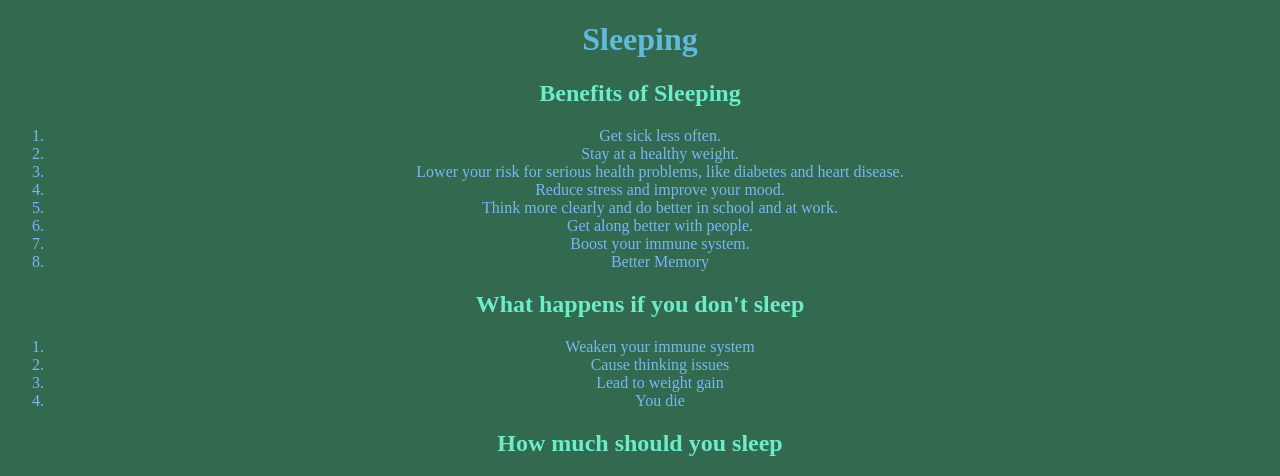
Repository: Darrenyyds/class1
Page: Myhobbies.html
These files come from the project's save history. The page is drawn as it stood at one moment and after the next save; the edit follows.
The browser window is 1280 px wide. The pictures show the part of the page from y = 0 to 476 px (the page is 1126 px tall).
Pictures or frames that could not be fetched are drawn as grey boxes.

Above is the page before, as saved 2023-02-04 15:15:52.

After the next save:
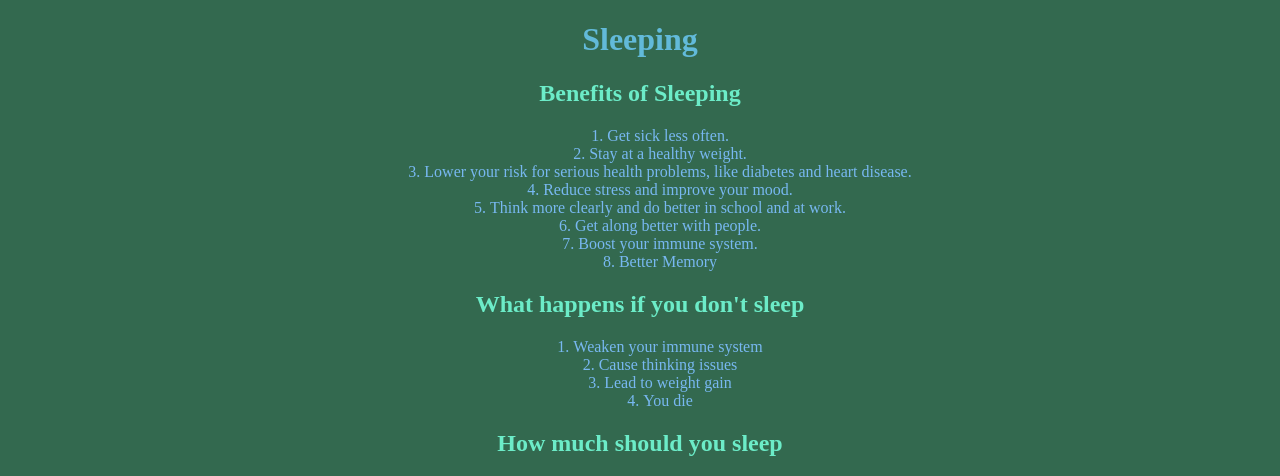
Saved 68 s later.
--- a/Myhobbies.css
+++ b/Myhobbies.css
@@ -30,6 +30,7 @@ p {
 ol {
   color: rgb(120, 184, 241);
   text-align: center;
+  list-style-position: inside;
 }
 
 h2 {
